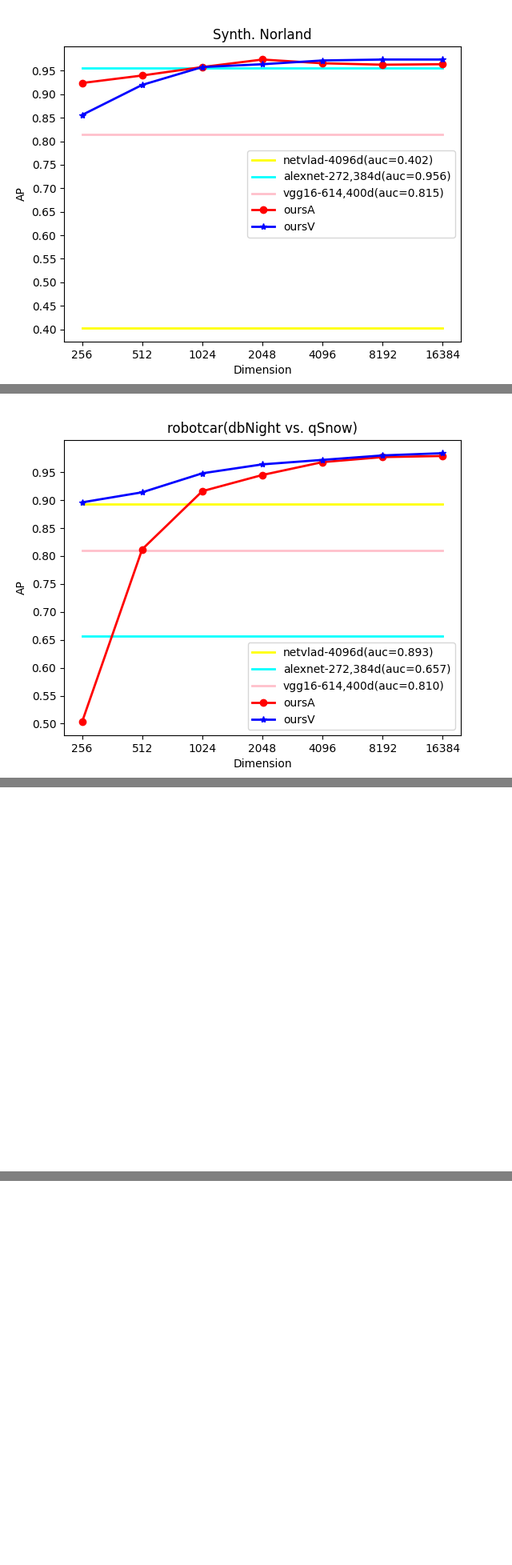
Repository: MedlarTea/CAE-VPR
Script's output: python examples/evaluator/evaluate_convAuto.py
These files come from the project's save history. The script's output is drawn as it stood at one moment and after the next save; the edit follows.
The pictures are shown at 80% of full size.
Each picture stacks the figures in order, with grey between them; figures that are only written to a file come last. Random numbers start from a fixed seed.

Above is the script's output before, as saved 2021-04-13 20:47:16.

### examples/evaluator/evaluate_convAuto.py
import numpy as np
import matplotlib.pyplot as plt

def drawWithDimension(dataset, dimensions, netvlad, alexnet, vgg16, oursA, oursV):
    assert len(dimensions) == len(oursA) == len(oursV)
    netvlad_list = [netvlad]*len(dimensions)
    alexnet_list = [alexnet]*len(dimensions)
    vgg16_list = [vgg16]*len(dimensions)

    plt.figure()
    plt.title('{}'.format(dataset))
    plt.xlabel('Dimension')
    plt.ylabel('AP')
    # plt.grid()
    plt.yticks(np.arange(0.3,1,0.05))
    # plt.xticks(dimensions)
    # plt.xscale('log',base=2)
    plt.plot(dimensions, netvlad_list, linewidth=2, color='yellow', label='netvlad-4096d(auc={:.3f})'.format(netvlad))
    plt.plot(dimensions, alexnet_list, linewidth=2, color='cyan', label='alexnet-272,384d(auc={:.3f})'.format(alexnet))
    plt.plot(dimensions, vgg16_list, linewidth=2, color='pink', label='vgg16-614,400d(auc={:.3f})'.format(vgg16))
    plt.plot(dimensions, oursA, linewidth=2, color='red', marker='o', label='oursA')
    plt.plot(dimensions, oursV, linewidth=2, color='blue', marker='*', label='oursV')

    plt.legend()
    plt.show()
    plt.savefig('./results/{}_dimension.png'.format(dataset), dpi=95)
    plt.close()


if __name__ == '__main__':
    # draw the dimension
    # for synth.Norland
    dataset = 'Synth. Norland'
    dimensions = ['256', '512', '1024', '2048', '4096', '8192', '16384']
    netvlad = 0.402
    alexnet = 0.956
    vgg16 = 0.815
    oursA = [0.924, 0.940, 0.958, 0.974, 0.966, 0.963, 0.964]
    oursV = [0.856, 0.920, 0.958, 0.964, 0.972, 0.974, 0.974]
    drawWithDimension(dataset, dimensions, netvlad, alexnet, vgg16, oursA, oursV)

    # for robotcar(dbNight vs. qSnow)
    dataset = 'robotcar(dbNight vs. qSnow)'
    dimensions = ['256', '512', '1024', '2048', '4096', '8192', '16384']
    netvlad = 0.893
    alexnet = 0.657
    vgg16 = 0.810
    oursA = [0.503, 0.812, 0.916, 0.945, 0.968, 0.977, 0.979]
    oursV = [0.896, 0.914, 0.948, 0.964, 0.972, 0.980, 0.984]
    drawWithDimension(dataset, dimensions, netvlad, alexnet, vgg16, oursA, oursV)

After the next save:
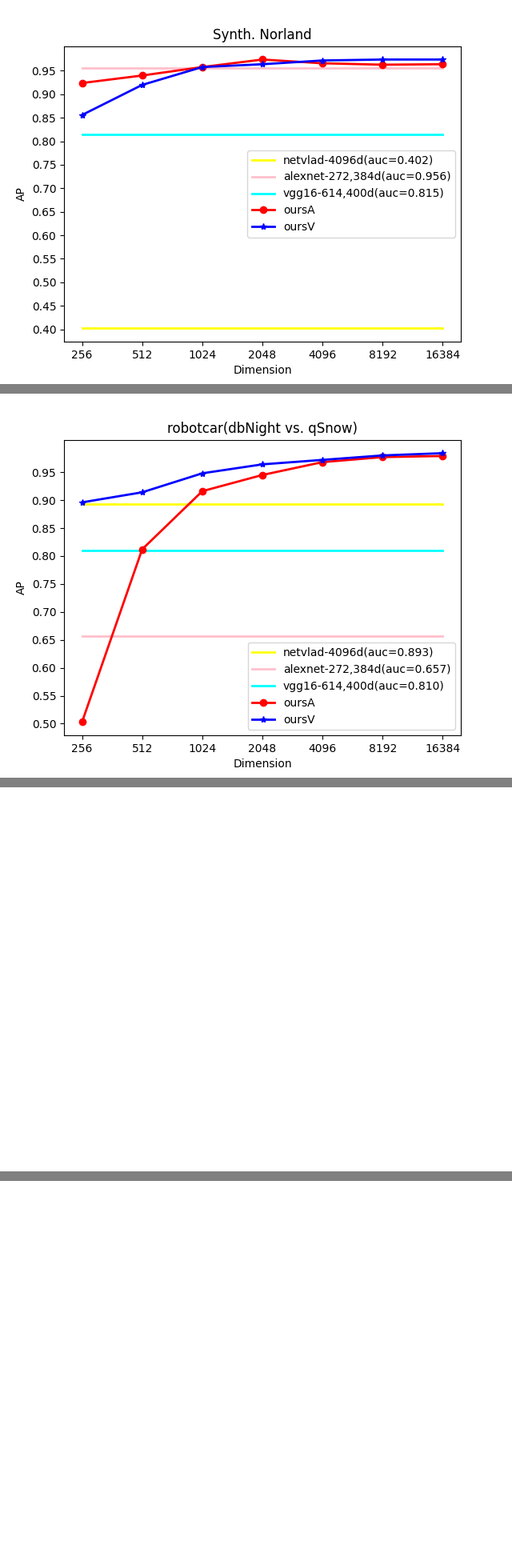
Saved 62 s later.
--- a/examples/evaluator/evaluate_convAuto.py
+++ b/examples/evaluator/evaluate_convAuto.py
@@ -16,8 +16,8 @@ def drawWithDimension(dataset, dimensions, netvlad, alexnet, vgg16, oursA, oursV
     # plt.xticks(dimensions)
     # plt.xscale('log',base=2)
     plt.plot(dimensions, netvlad_list, linewidth=2, color='yellow', label='netvlad-4096d(auc={:.3f})'.format(netvlad))
-    plt.plot(dimensions, alexnet_list, linewidth=2, color='cyan', label='alexnet-272,384d(auc={:.3f})'.format(alexnet))
-    plt.plot(dimensions, vgg16_list, linewidth=2, color='pink', label='vgg16-614,400d(auc={:.3f})'.format(vgg16))
+    plt.plot(dimensions, alexnet_list, linewidth=2, color='pink', label='alexnet-272,384d(auc={:.3f})'.format(alexnet))
+    plt.plot(dimensions, vgg16_list, linewidth=2, color='cyan', label='vgg16-614,400d(auc={:.3f})'.format(vgg16))
     plt.plot(dimensions, oursA, linewidth=2, color='red', marker='o', label='oursA')
     plt.plot(dimensions, oursV, linewidth=2, color='blue', marker='*', label='oursV')
 
